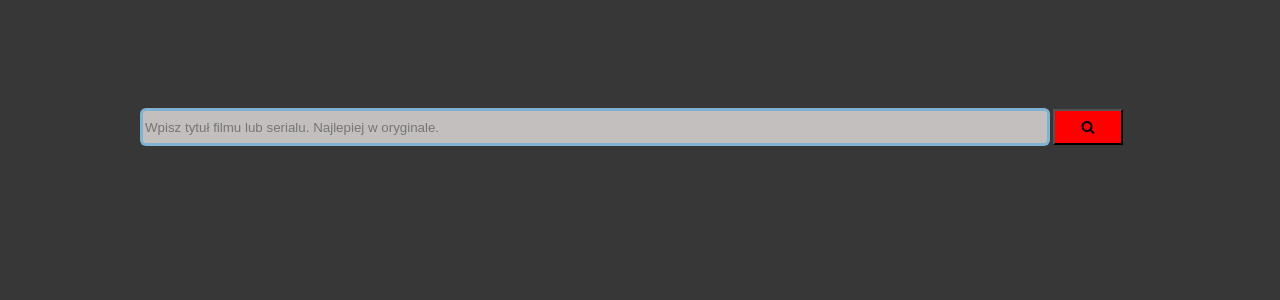
Repository: kq333/wyszukiarka-filmowa
Page: index.html
These files come from the project's save history. The page is drawn as it stood at one moment and after the next save; the edit follows.
The browser window is 1280 px wide. The pictures show the whole page.
The style sheet was rebuilt from its Sass, Less or Tailwind sources for each picture, by a compiler version that may differ from the author's.

Above is the page before, as saved 2021-01-21 01:00:02.

### index.html
<!DOCTYPE html>
<!--[if lt IE 7]>      <html class="no-js lt-ie9 lt-ie8 lt-ie7"> <![endif]-->
<!--[if IE 7]>         <html class="no-js lt-ie9 lt-ie8"> <![endif]-->
<!--[if IE 8]>         <html class="no-js lt-ie9"> <![endif]-->
<!--[if gt IE 8]>      <html class="no-js"> <!--<![endif]-->
<html>
    <head>
        <meta charset="utf-8">
        <meta http-equiv="X-UA-Compatible" content="IE=edge">
        <title></title>
        <meta name="description" content="">
        <meta name="viewport" content="width=device-width, initial-scale=1">
        <link rel="stylesheet" href="style/style.css">
        <link rel="preconnect" href="https://fonts.gstatic.com">
        <link href="https://fonts.googleapis.com/css2?family=Lato:wght@100;400&display=swap" rel="stylesheet">
        <link rel="stylesheet" href="https://cdnjs.cloudflare.com/ajax/libs/font-awesome/4.7.0/css/font-awesome.min.css">
    </head>


    <body>
        <!--[if lt IE 7]>
            <p class="browsehappy">You are using an <strong>outdated</strong> browser. Please <a href="#">upgrade your browser</a> to improve your experience.</p>
        <![endif]-->

        <main>
            <div id="container">
                    <div class="searchBar">
                        <input id="search" type="text" placeholder="Wpisz tytuł filmu lub serialu. Najlepiej w oryginale." onfocus="this.value=''" required >
                        <button id="btn"></button>
                    </div>

                        <div class="movieTitle"></div>

                            <div class="mainContent">
                                <div class="leftSide">
                                    <div class="poster"></div>
                                </div>

                                    <div class="rightSide">
                                        <div class="director">
                                            <span class="NameD"></span>
                                            <span class="DirectorName"></span>
                                        </div>
                                            <div class="Actors">
                                                <span class="NameA"></span>
                                                <span class="ActorsName"></span>
                                            </div>
                                                <div class="Country">
                                                    <span class="NameC"></span>
                                                    <span class="CountryName"></span>
                                                </div>
                                                    <div class="Year">
                                                        <span class="NameY"></span>
                                                        <span class="YearName"></span>
                                                    </div>
                                                        <div class="Genre">
                                                            <span class="NameG"></span>
                                                            <span class="GenreName"></span>
                                                        </div>
                                                            <div class="Plot">
                                                                <span class="NameP"></span>
                                                                <span class="PlotName"></span>
                                                            </div>
                                                                <div class="Rating">
                                                                    <span class="NameR"></span>
                                                                    <span class="RatingName"></span>
                                                                </div>
                                    </div>
                            </div>
            </div>

            <footer>
                <div class="description"></div>
            </footer>
        </main>

        <script src="script.js" async>

        </script>
    </body>
</html>

### script.js


let btn = document.getElementById("btn");

btn.addEventListener('click', ()=>{


    let search = document.getElementById("search").value;
    document.querySelector(".poster").innerHTML ="";


    const url =   'http://www.omdbapi.com/?apikey=7bd5b2c8&t=';

    const result  = url + search;
    fetch(result)

  .then((res)=>{
      return res.json();
  })

  .then((data)=>{
     document.querySelector(".movieTitle").innerHTML = data.Title;
     document.querySelector(".NameD").innerHTML = "Reżyseria:";
     document.querySelector(".DirectorName").innerHTML = data.Director;
     document.querySelector(".NameA").innerHTML = "Występują:";
     document.querySelector(".ActorsName").innerHTML = data.Actors;
     document.querySelector(".NameC").innerHTML = "Kraj:";
     document.querySelector(".CountryName").innerHTML = data.Country;
     document.querySelector(".NameY").innerHTML = "Rok:";
     document.querySelector(".YearName").innerHTML = data.Released;
     document.querySelector(".NameG").innerHTML = "Gatunek:";
     document.querySelector(".GenreName").innerHTML = data.Genre;
     document.querySelector(".NameP").innerHTML = "Opis:";
     document.querySelector(".PlotName").innerHTML = data.Plot;
     document.querySelector(".NameR").innerHTML = "Ocena Imdb:";
     document.querySelector(".RatingName").innerHTML = data.imdbRating;




    let poster = data.Poster;

      createImage = () =>{
          const elem = document.createElement("img")
          document.querySelector(".poster").appendChild(elem);
          elem.src = poster;
      }
      createImage();
  })

 .catch((error)=>{
     alert(error)
 });





});

### style/style.scss
body{
    background-color: rgba(7, 6, 6, 0.8);
    font-family: 'Lato', sans-serif;
}

@mixin NameProperty{
    text-transform: uppercase;
    font-size: 20px;
    font-weight: bold;
    letter-spacing: 2px;
    color:rgba(143, 140, 140, 0.329);


}

@mixin rightSideProperty{
    text-transform: uppercase;
    font-size: 20px;
    color: rgba(143, 136, 136, 0.726);

}

@mixin description{
    height: auto;
    width: auto;
    margin-bottom: 10px;

}


#container{
    width:1000px;
    height: auto;
    margin:auto;
    display:grid;
    grid-template-columns: auto;
    grid-template-areas:"searchBar"
                        "movieTitle"

                        ;





.searchBar{
    grid-area:searchBar;
    margin:auto;
    margin-top:100px;
    width:1000px;



    #search{
        width: 90%;
        height: 30px;
        border-radius: 6px;
        border:3px solid rgba(84, 172, 223, 0.6);
        background-color: rgba(207, 202, 202, 0.932);






    }

    #btn{
        width: 70px;
        height: 36px;
        cursor: pointer;
        background-color: red;


        &::before{
            font: normal normal normal 14px/1 FontAwesome;
            content: '\f002';
            display:block;
        }





    }


}

.movieTitle{
    grid-area: movieTitle;
    margin:auto;
    margin-top:50px;
    margin-bottom: 50px;
    font-size: 60px;
    letter-spacing: 6px;
    text-transform: uppercase;
    color:rgba(107, 105, 105, 0.747);

}


.mainContent{
    width:1000px;
    margin:auto;
    display:grid;
    gap:10px;
    grid-template-columns: 40% 60%;
    grid-template-areas:"leftSide rightSide" ;


    .leftSide{
        grid-area:leftSide;

        .poster{
            width:auto;
            margin-left: 20px;

            img{
                width:auto;
                height:50vh;
            }

        }

    }


    .rightSide{

        grid-area:rightSide;
        margin:auto;



        .director{
            @include description;


            .NameD{

                @include NameProperty;

            }

            .DirectorName{
                @include rightSideProperty;


            }
        }

        .Actors{
            @include description;


            .NameA{

                @include NameProperty;

            }

            .ActorsName{
                @include rightSideProperty;


            }
        }

        .Country{
            @include description;

            .NameC{

                @include NameProperty;

            }

            .CountryName{
                @include rightSideProperty;


            }
        }

        .Year{
            @include description;

            .NameY{

                @include NameProperty;

            }

            .YearName{
                @include rightSideProperty;


            }
        }

        .Genre{
            @include description;

            .NameG{

                @include NameProperty;

            }

            .GenreName{
                @include rightSideProperty;


            }
        }

        .Plot{
            @include description;

            .NameP{

                @include NameProperty;

            }

            .PlotName{
                @include rightSideProperty;


            }
        }

        .Rating{
            @include description;

            .NameR{

                @include NameProperty;

            }

            .RatingName{
                @include rightSideProperty;


            }
        }
    }
}
};

After the next save:
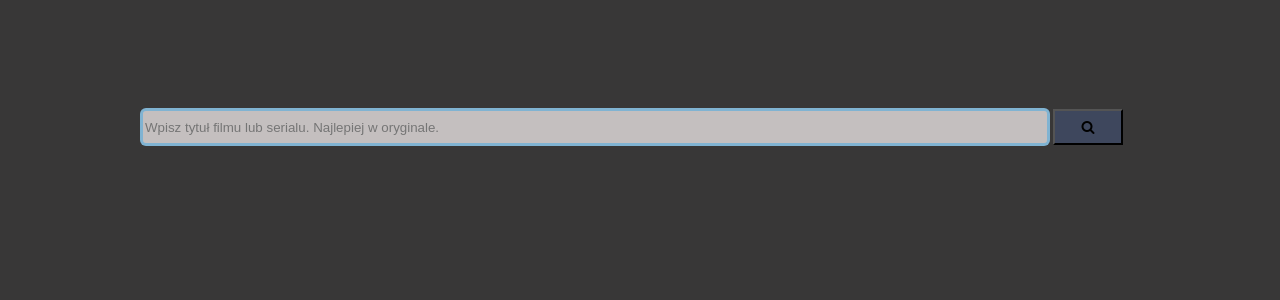
Saved 35 s later.
--- a/style/style.scss
+++ b/style/style.scss
@@ -69,7 +69,7 @@ body{
         width: 70px;
         height: 36px;
         cursor: pointer;
-        background-color: red;
+        background-color: rgba(65, 76, 104, 0.795);
 
 
         &::before{
